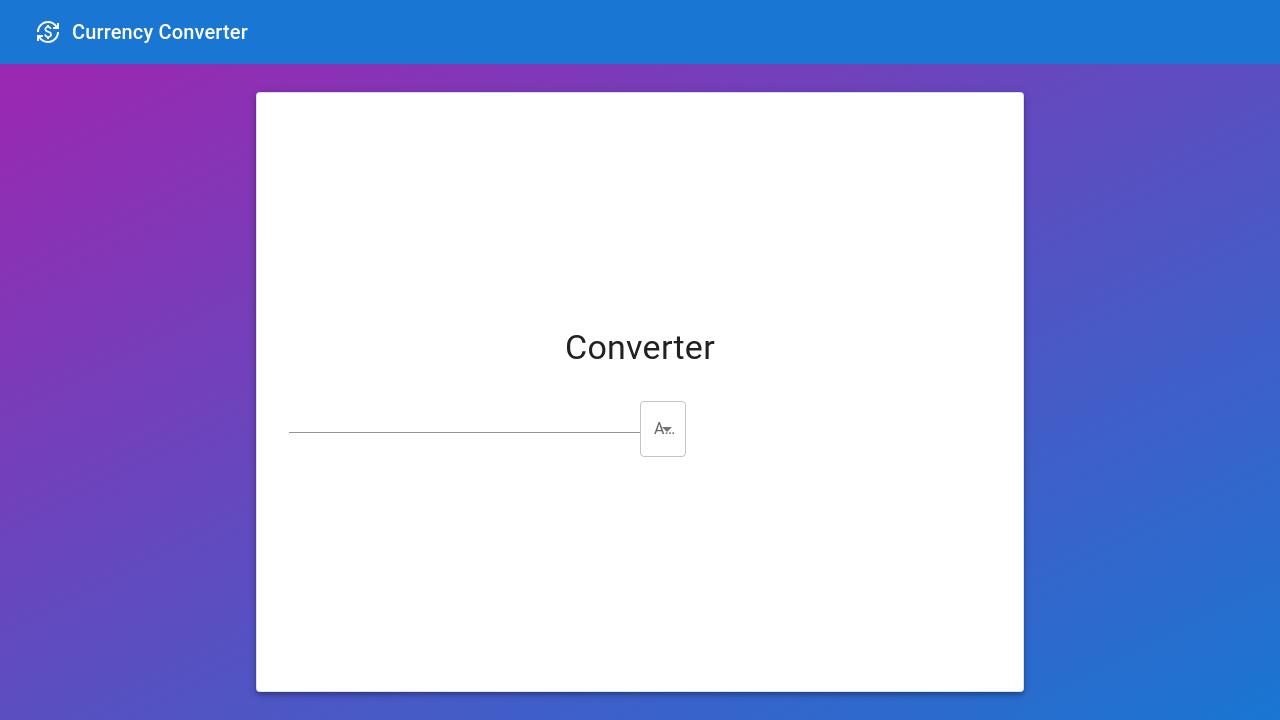
Repository: rutsguifd/currency-converter
Page: /
The author's editor kept a copy of each file at every save. The page is drawn from the files as they stood at one save, then again after the next save.
The browser window is 1280 px wide. The pictures show the whole page.
The project was rebuilt for these pictures with package versions that can differ from the ones it lists, and the page was loaded fresh each time. Also part of the build but not shown: src/components/ErrorBoundary.jsx.

Above is the page before, as saved 2023-03-27 23:53:26.

After the next save:
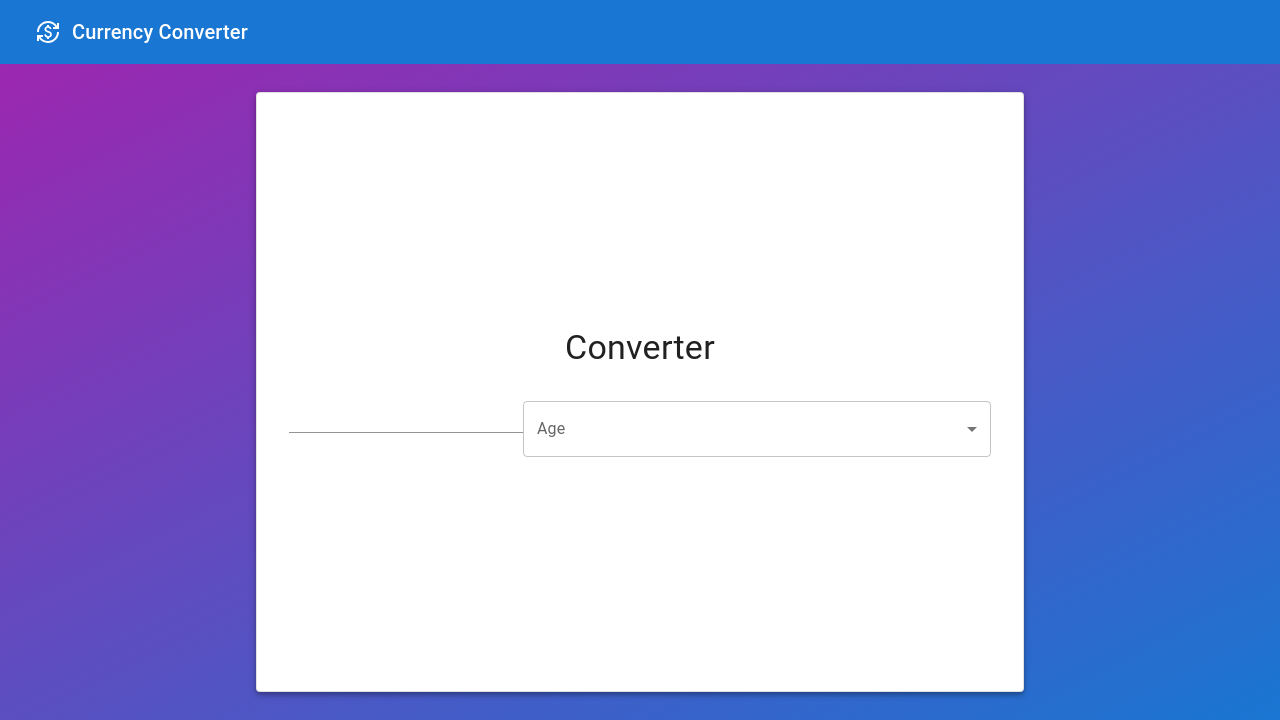
Saved 17 s later.
--- a/src/components/Convert.jsx
+++ b/src/components/Convert.jsx
@@ -31,7 +31,7 @@ const Convert = () => {
       <Typography variant="h4">Converter</Typography>
       <Box display="flex" flexDirection="row" width="100%">
         <TextField variant="standard" sx={{ width: "50%" }} />
-        <FormControl>
+        <FormControl fullWidth>
           <InputLabel id="demo-simple-select-label">Age</InputLabel>
           <Select
             labelId="demo-simple-select-label"
